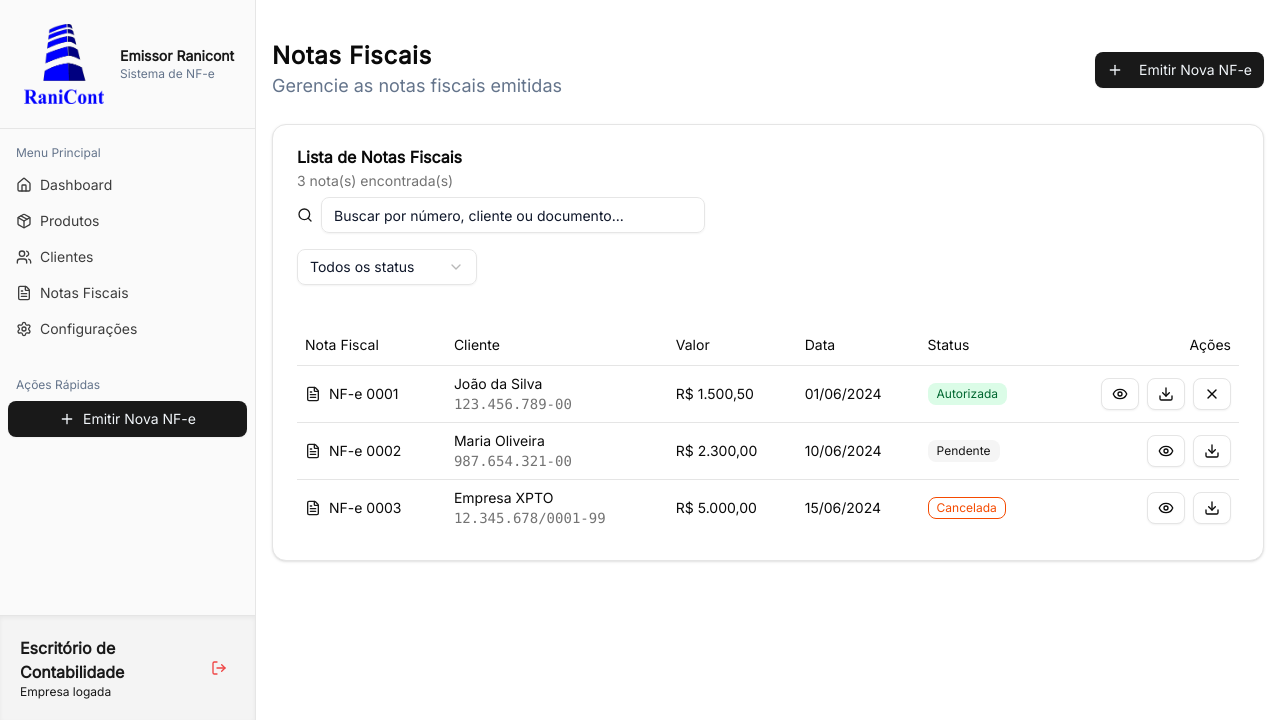
Repository: vinimx/emissor-ranicont
Page: /notas
The author's editor kept a copy of each file at every save. The page is drawn from the files as they stood at one save, then again after the next save.
The browser window is 1280 px wide. The pictures show the whole page.
The project was rebuilt for these pictures with package versions that can differ from the ones it lists, and the page was loaded fresh each time. Also part of the build but not shown: vite.config.js, src/components/ui/label.jsx, src/components/Auth/Login/index.jsx, src/components/Auth/Cadastrar/index.jsx, src/components/ui/separator.jsx, src/components/ui/skeleton.jsx, src/components/Dashboard/index.jsx, src/components/Produtos/index.jsx and 2 more.

Above is the page before, as saved 2025-06-23 22:09:03.

### index.html
<!DOCTYPE html>
<html lang="en">
  <head>
    <meta charset="UTF-8" />
    <link rel="icon" type="image/svg+xml" href="/vite.svg" />
    <meta name="viewport" content="width=device-width, initial-scale=1.0" />
    <title>Emissor Ranicont</title>
  </head>
  <body>
    <div id="root"></div>
    <script type="module" src="/src/main.jsx"></script>
  </body>
</html>

### src/main.jsx
import "./index.css";
import React from "react";
import ReactDOM from "react-dom/client";
import { BrowserRouter } from "react-router-dom";
import App from "./App";

ReactDOM.createRoot(document.getElementById("root")).render(
  <React.StrictMode>
    <BrowserRouter>
      <App />
    </BrowserRouter>
  </React.StrictMode>
);

### src/App.jsx
import { Routes, Route } from "react-router-dom";
import Login from "./components/Auth/Login";
import Cadastrar from "./components/Auth/Cadastrar";
import Dashboard from "./components/Dashboard";
import Produtos from "./components/Produtos";
import Clientes from "./components/Clientes";
import NotaFiscal from "./components/NotaFiscal";
import NovaNotaFiscal from "./components/NotaFiscal/NovaNotaFiscal";

function App() {
  return (
    <Routes>
      <Route path="/" element={<Dashboard />} />
      <Route path="/login" element={<Login />} />
      <Route path="/cadastrar" element={<Cadastrar />} />
      <Route path="/dashboard" element={<Dashboard />} />
      <Route path="/produtos" element={<Produtos />} />
      <Route path="/clientes" element={<Clientes />} />
      <Route path="/notas" element={<NotaFiscal />} />
      <Route path="/nova" element={<NovaNotaFiscal />} />
    </Routes>
  );
}

export default App;

### src/components/NotaFiscal/index.jsx
import { Plus, Search, FileText, Eye, Download, X } from "lucide-react";
import HeaderPagina from "../HeaderPagina";
import LayoutComSidebar from "../MobileSideBar";
import { SidebarProvider } from "../ui/sidebar";
import { Sheet, SheetTrigger } from "../ui/sheet";
import { Button } from "../ui/button";
import { useState } from "react";
import {
  Card,
  CardDescription,
  CardHeader,
  CardTitle,
  CardContent,
} from "../ui/card";
import { Input } from "../ui/input";
import {
  Table,
  TableHeader,
  TableBody,
  TableRow,
  TableHead,
  TableCell,
} from "../ui/table";
import {
  Select,
  SelectTrigger,
  SelectValue,
  SelectContent,
  SelectItem,
} from "../ui/select";
import { Badge } from "../ui/badge";
import { Link } from "react-router-dom";

const notas = [
  {
    id: 1,
    numero: "0001",
    cliente: "João da Silva",
    documento: "123.456.789-00",
    valor: 1500.5,
    data: "2024-06-01",
    status: "Autorizada",
    serie: "1",
  },
  {
    id: 2,
    numero: "0002",
    cliente: "Maria Oliveira",
    documento: "987.654.321-00",
    valor: 2300.0,
    data: "2024-06-10",
    status: "Pendente",
    serie: "1",
  },
  {
    id: 3,
    numero: "0003",
    cliente: "Empresa XPTO",
    documento: "12.345.678/0001-99",
    valor: 5000.0,
    data: "2024-06-15",
    status: "Cancelada",
    serie: "2",
  },
];

export default function NotaFiscal() {
  const [abrirSheet, setAbrirSheet] = useState(false);
  const [busca, setBusca] = useState("");
  const [filtroStatus, setFiltroStatus] = useState("all");

  const notasFiltradas = notas.filter((nota) => {
    const correspondeBusca =
      nota.numero.includes(busca) ||
      nota.cliente.toLowerCase().includes(busca.toLowerCase()) ||
      nota.documento.includes(busca);

    const correspondeStatus =
      filtroStatus === "all" || nota.status === filtroStatus;

    return correspondeBusca && correspondeStatus;
  });

  const getBadgeStatus = (status) => {
    switch (status) {
      case "Autorizada":
        return (
          <Badge className="bg-green-100 text-green-800 hover:bg-green-100">
            Autorizada
          </Badge>
        );
      case "Pendente":
        return <Badge variant="secondary">Pendente</Badge>;
      case "Cancelada":
        return (
          <Badge
            variant="outline"
            className="text-orange-600 border-orange-600"
          >
            Cancelada
          </Badge>
        );
      case "Rejeitada":
        return <Badge variant="destructive">Rejeitada</Badge>;
      default:
        return <Badge variant="secondary">{status}</Badge>;
    }
  };

  return (
    <SidebarProvider>
      <LayoutComSidebar>
        <div className="mt-20 md:mt-10 m-2 sm:m-4 space-y-4 sm:space-y-6">
          <HeaderPagina
            titulo="Notas Fiscais"
            subtitulo="Gerencie as notas fiscais emitidas"
            acao={
              <Sheet open={abrirSheet} onOpenChange={setAbrirSheet}>
                <Button
                  asChild
                  className="bg-[var(--sidebar-primaria)] text-[var(--primaria-texto)] font-medium transition-colors hover:bg-[var(--primaria-hover)] rounded-[var(--raio)]"
                >
                  <Link to="/nova">
                    <Plus className="h-4 w-4 mr-2" />
                    Emitir Nova NF-e
                  </Link>
                </Button>
              </Sheet>
            }
          />
          <Card className="overflow-hidden">
            <CardHeader className="pb-4">
              <CardTitle>Lista de Notas Fiscais</CardTitle>
              <CardDescription>
                {notasFiltradas.length} nota(s) encontrada(s)
              </CardDescription>
              <div className="flex flex-col space-y-4">
                <div className="flex flex-col sm:flex-row sm:items-center space-y-2 sm:space-y-0 sm:space-x-2">
                  <Search className="h-4 w-4 text-[var(--sidebar-primaria)]" />
                  <Input
                    placeholder="Buscar por número, cliente ou documento..."
                    value={busca}
                    onChange={(e) => setBusca(e.target.value)}
                    className="max-w-sm bg-[var(--input-bg)] text-[var(--texto)] border-[var(--sidebar-borda)] placeholder:text-[var(--texto)]"
                  />
                </div>
                <Select value={filtroStatus} onValueChange={setFiltroStatus}>
                  <SelectTrigger className="w-full sm:w-[180px] bg-[var(--input-bg)] text-[var(--texto)] border-[var(--sidebar-borda)]">
                    <SelectValue placeholder="Filtrar por status" />
                  </SelectTrigger>
                  <SelectContent>
                    <SelectItem value="all">Todos os status</SelectItem>
                    <SelectItem value="Autorizada">Autorizada</SelectItem>
                    <SelectItem value="Pendente">Pendente</SelectItem>
                    <SelectItem value="Cancelada">Cancelada</SelectItem>
                    <SelectItem value="Rejeitada">Rejeitada</SelectItem>
                  </SelectContent>
                </Select>
              </div>
            </CardHeader>
            <CardContent>
              {/* Tabela para telas grandes (lg e acima) */}
              <div className="hidden lg:block overflow-x-auto">
                <Table>
                  <TableHeader>
                    <TableRow>
                      <TableHead>Nota Fiscal</TableHead>
                      <TableHead>Cliente</TableHead>
                      <TableHead>Valor</TableHead>
                      <TableHead>Data</TableHead>
                      <TableHead>Status</TableHead>
                      <TableHead className="text-right">Ações</TableHead>
                    </TableRow>
                  </TableHeader>
                  <TableBody>
                    {notasFiltradas.map((nota) => (
                      <TableRow key={nota.id}>
                        <TableCell>
                          <div className="flex items-center space-x-2">
                            <FileText className="h-4 w-4 text-[var(--sidebar-primaria)]" />
                            <div>
                              <div className="font-medium">
                                NF-e {nota.numero}
                              </div>
                            </div>
                          </div>
                        </TableCell>
                        <TableCell>
                          <div>
                            <div className="font-medium">{nota.cliente}</div>
                            <div className="text-sm text-muted-foreground font-mono">
                              {nota.documento}
                            </div>
                          </div>
                        </TableCell>
                        <TableCell>
                          <div className="font-medium">
                            R${" "}
                            {nota.valor.toLocaleString("pt-BR", {
                              minimumFractionDigits: 2,
                            })}
                          </div>
                        </TableCell>
                        <TableCell>
                          <div className="text-sm">
                            {new Date(nota.data).toLocaleDateString("pt-BR")}
                          </div>
                        </TableCell>
                        <TableCell>{getBadgeStatus(nota.status)}</TableCell>
                        <TableCell className="text-right">
                          <div className="flex justify-end space-x-2">
                            <Button variant="outline" size="sm">
                              <Eye className="h-4 w-4" />
                            </Button>
                            <Button variant="outline" size="sm">
                              <Download className="h-4 w-4" />
                            </Button>
                            {nota.status === "Autorizada" && (
                              <Button variant="outline" size="sm">
                                <X className="h-4 w-4" />
                              </Button>
                            )}
                          </div>
                        </TableCell>
                      </TableRow>
                    ))}
                  </TableBody>
                </Table>
              </div>

              {/* Tabela compacta para tablets (md) */}
              <div className="hidden md:block lg:hidden overflow-x-auto">
                <Table>
                  <TableHeader>
                    <TableRow>
                      <TableHead>Nota Fiscal</TableHead>
                      <TableHead>Cliente</TableHead>
                      <TableHead>Valor</TableHead>
                      <TableHead className="text-right">Ações</TableHead>
                    </TableRow>
                  </TableHeader>
                  <TableBody>
                    {notasFiltradas.map((nota) => (
                      <TableRow key={nota.id}>
                        <TableCell>
                          <div className="flex items-center space-x-2">
                            <FileText className="h-4 w-4 text-[var(--sidebar-primaria)] flex-shrink-0" />
                            <div className="min-w-0 flex-1">
                              <div className="font-medium text-sm truncate">
                                NF-e {nota.numero}
                              </div>
                            </div>
                          </div>
                        </TableCell>
                        <TableCell>
                          <div className="min-w-0">
                            <div className="font-medium text-sm truncate">
                              {nota.cliente}
                            </div>
                            <div className="text-xs text-muted-foreground font-mono truncate">
                              {nota.documento}
                            </div>
                          </div>
                        </TableCell>
                        <TableCell>
                          <div className="font-medium text-sm">
                            R${" "}
                            {nota.valor.toLocaleString("pt-BR", {
                              minimumFractionDigits: 2,
                            })}
                          </div>
                          <span>
                            <b>Data:</b>{" "}
                            {new Date(nota.data).toLocaleDateString("pt-BR")}
                          </span>
                          <div className="text-xs">
                            {getBadgeStatus(nota.status)}
                          </div>
                        </TableCell>
                        <TableCell className="text-right">
                          <div className="flex justify-end space-x-1">
                            {nota.status === "Autorizada" && (
                              <Button
                                variant="outline"
                                size="sm"
                                className="h-8 w-8 p-0"
                              >
                                <X className="h-3 w-3" />
                              </Button>
                            )}
                          </div>
                          <Button
                            variant="outline"
                            size="sm"
                            className="h-8 w-8 p-0"
                          >
                            <Eye className="h-3 w-3" />
                          </Button>
                          <Button
                            variant="outline"
                            size="sm"
                            className="h-8 w-8 p-0"
                          >
                            <Download className="h-3 w-3" />
                          </Button>
                        </TableCell>
                      </TableRow>
                    ))}
                  </TableBody>
                </Table>
              </div>

              {/* Cards para telas pequenas */}
              <div className="flex flex-col gap-4 md:hidden">
                {notasFiltradas.map((nota) => (
                  <div
                    key={nota.id}
                    className="border rounded-lg p-3 bg-white shadow"
                  >
                    <div className="flex items-center space-x-2 mb-2">
                      <FileText className="h-4 w-4 text-[var(--sidebar-primaria)]" />
                      <div className="font-bold">NF-e {nota.numero}</div>
                    </div>
                    <div className="flex flex-wrap gap-2 text-sm">
                      <span>
                        <b>Cliente:</b> {nota.cliente}
                      </span>
                      <span>
                        <b>Documento:</b> {nota.documento}
                      </span>
                      <span>
                        <b>Valor:</b> R${" "}
                        {nota.valor.toLocaleString("pt-BR", {
                          minimumFractionDigits: 2,
                        })}
                      </span>
                      <span>
                        <b>Data:</b>{" "}
                        {new Date(nota.data).toLocaleDateString("pt-BR")}
                      </span>
                      <span>
                        <b>Status:</b> {nota.status}
                      </span>
                    </div>
                    <div className="flex gap-2 mt-2">
                      <Button variant="outline" size="sm">
                        <Eye className="h-4 w-4" />
                      </Button>
                      <Button variant="outline" size="sm">
                        <Download className="h-4 w-4" />
                      </Button>
                      {nota.status === "Autorizada" && (
                        <Button variant="outline" size="sm">
                          <X className="h-4 w-4" />
                        </Button>
                      )}
                    </div>
                  </div>
                ))}
              </div>
            </CardContent>
          </Card>
        </div>
      </LayoutComSidebar>
    </SidebarProvider>
  );
}

### src/components/ui/card.jsx
import * as React from "react"

import { cn } from "@/lib/utils"

function Card({
  className,
  ...props
}) {
  return (
    <div
      data-slot="card"
      className={cn(
        "bg-card text-card-foreground flex flex-col gap-6 rounded-xl border py-6 shadow-sm",
        className
      )}
      {...props} />
  );
}

function CardHeader({
  className,
  ...props
}) {
  return (
    <div
      data-slot="card-header"
      className={cn(
        "@container/card-header grid auto-rows-min grid-rows-[auto_auto] items-start gap-1.5 px-6 has-data-[slot=card-action]:grid-cols-[1fr_auto] [.border-b]:pb-6",
        className
      )}
      {...props} />
  );
}

function CardTitle({
  className,
  ...props
}) {
  return (
    <div
      data-slot="card-title"
      className={cn("leading-none font-semibold", className)}
      {...props} />
  );
}

function CardDescription({
  className,
  ...props
}) {
  return (
    <div
      data-slot="card-description"
      className={cn("text-muted-foreground text-sm", className)}
      {...props} />
  );
}

function CardAction({
  className,
  ...props
}) {
  return (
    <div
      data-slot="card-action"
      className={cn(
        "col-start-2 row-span-2 row-start-1 self-start justify-self-end",
        className
      )}
      {...props} />
  );
}

function CardContent({
  className,
  ...props
}) {
  return (<div data-slot="card-content" className={cn("px-6", className)} {...props} />);
}

function CardFooter({
  className,
  ...props
}) {
  return (
    <div
      data-slot="card-footer"
      className={cn("flex items-center px-6 [.border-t]:pt-6", className)}
      {...props} />
  );
}

export {
  Card,
  CardHeader,
  CardFooter,
  CardTitle,
  CardAction,
  CardDescription,
  CardContent,
}

### src/components/ui/input.jsx
import * as React from "react"

import { cn } from "@/lib/utils"

function Input({
  className,
  type,
  ...props
}) {
  return (
    <input
      type={type}
      data-slot="input"
      className={cn(
        "file:text-foreground placeholder:text-muted-foreground selection:bg-primary selection:text-primary-foreground dark:bg-input/30 border-input flex h-9 w-full min-w-0 rounded-md border bg-transparent px-3 py-1 text-base shadow-xs transition-[color,box-shadow] outline-none file:inline-flex file:h-7 file:border-0 file:bg-transparent file:text-sm file:font-medium disabled:pointer-events-none disabled:cursor-not-allowed disabled:opacity-50 md:text-sm",
        "focus-visible:border-ring focus-visible:ring-ring/50 focus-visible:ring-[3px]",
        "aria-invalid:ring-destructive/20 dark:aria-invalid:ring-destructive/40 aria-invalid:border-destructive",
        className
      )}
      {...props} />
  );
}

export { Input }

### src/components/Logo/index.jsx
import React from "react";
import logoEmissor from "/assets/images/logo.png";

const Logo = () => {
  return (
    <a href="#">
      <img src={logoEmissor} alt="Logo Emissor" className="h-20 w-20" />
    </a>
  );
};

export default Logo;

### src/components/MobileSideBar/index.jsx
import { SidebarProvider } from "@/components/ui/sidebar";
import MenuSideBar from "../SideBar";
import { useSidebar } from "@/components/ui/sidebar";
import { useEffect } from "react";
import { Menu } from "lucide-react";

export default function LayoutComSidebar({ children }) {
  const { isMobile, openMobile, setOpenMobile } = useSidebar();

  useEffect(() => {
    if (!isMobile && openMobile) setOpenMobile(false);
  }, [isMobile, openMobile, setOpenMobile]);

  const handleHamburgerClick = (e) => {
    e.stopPropagation();
    setOpenMobile(!openMobile);
  };

  return (
    <>
      {/* Botão menu-hamburger fora do Sheet quando fechado */}
      {isMobile && !openMobile && (
        <button
          className="md:hidden fixed top-4 left-4 z-[999] bg-[var(--primaria)] text-white p-2 shadow-lg border-2 rounded-[var(--raio)] border-[var(--sidebar-borda)]"
          onClick={handleHamburgerClick}
          aria-label="Abrir menu"
          type="button"
        >
          <Menu className="h-6 w-6" style={{ color: "var(--destaque)" }} />
        </button>
      )}
      <div className="flex">
        <MenuSideBar />
        <div className="flex-1">{children}</div>
      </div>
    </>
  );
}

### src/components/HeaderPagina/index.jsx
import React from "react";

export default function HeaderPagina({ titulo, subtitulo, acao, children }) {
  return (
    <div className="flex items-center justify-between">
      <div>
        <h2 className="text-2xl font-bold tracking-wide">{titulo}</h2>
        {subtitulo && (
          <p className="text-lg" style={{ color: "var(--suave-texto)" }}>
            {subtitulo}
          </p>
        )}
        {children}
      </div>
      {acao && <div>{acao}</div>}
    </div>
  );
}

### src/components/ui/badge.jsx
import * as React from "react"
import { Slot } from "@radix-ui/react-slot"
import { cva } from "class-variance-authority";

import { cn } from "@/lib/utils"

const badgeVariants = cva(
  "inline-flex items-center justify-center rounded-md border px-2 py-0.5 text-xs font-medium w-fit whitespace-nowrap shrink-0 [&>svg]:size-3 gap-1 [&>svg]:pointer-events-none focus-visible:border-ring focus-visible:ring-ring/50 focus-visible:ring-[3px] aria-invalid:ring-destructive/20 dark:aria-invalid:ring-destructive/40 aria-invalid:border-destructive transition-[color,box-shadow] overflow-hidden",
  {
    variants: {
      variant: {
        default:
          "border-transparent bg-primary text-primary-foreground [a&]:hover:bg-primary/90",
        secondary:
          "border-transparent bg-secondary text-secondary-foreground [a&]:hover:bg-secondary/90",
        destructive:
          "border-transparent bg-destructive text-white [a&]:hover:bg-destructive/90 focus-visible:ring-destructive/20 dark:focus-visible:ring-destructive/40 dark:bg-destructive/60",
        outline:
          "text-foreground [a&]:hover:bg-accent [a&]:hover:text-accent-foreground",
      },
    },
    defaultVariants: {
      variant: "default",
    },
  }
)

function Badge({
  className,
  variant,
  asChild = false,
  ...props
}) {
  const Comp = asChild ? Slot : "span"

  return (
    <Comp
      data-slot="badge"
      className={cn(badgeVariants({ variant }), className)}
      {...props} />
  );
}

export { Badge, badgeVariants }

### src/components/ui/tooltip.jsx
"use client"

import * as React from "react"
import * as TooltipPrimitive from "@radix-ui/react-tooltip"

import { cn } from "@/lib/utils"

function TooltipProvider({
  delayDuration = 0,
  ...props
}) {
  return (<TooltipPrimitive.Provider data-slot="tooltip-provider" delayDuration={delayDuration} {...props} />);
}

function Tooltip({
  ...props
}) {
  return (
    <TooltipProvider>
      <TooltipPrimitive.Root data-slot="tooltip" {...props} />
    </TooltipProvider>
  );
}

function TooltipTrigger({
  ...props
}) {
  return <TooltipPrimitive.Trigger data-slot="tooltip-trigger" {...props} />;
}

function TooltipContent({
  className,
  sideOffset = 0,
  children,
  ...props
}) {
  return (
    <TooltipPrimitive.Portal>
      <TooltipPrimitive.Content
        data-slot="tooltip-content"
        sideOffset={sideOffset}
        className={cn(
          "bg-primary text-primary-foreground animate-in fade-in-0 zoom-in-95 data-[state=closed]:animate-out data-[state=closed]:fade-out-0 data-[state=closed]:zoom-out-95 data-[side=bottom]:slide-in-from-top-2 data-[side=left]:slide-in-from-right-2 data-[side=right]:slide-in-from-left-2 data-[side=top]:slide-in-from-bottom-2 z-50 w-fit origin-(--radix-tooltip-content-transform-origin) rounded-md px-3 py-1.5 text-xs text-balance",
          className
        )}
        {...props}>
        {children}
        <TooltipPrimitive.Arrow
          className="bg-primary fill-primary z-50 size-2.5 translate-y-[calc(-50%_-_2px)] rotate-45 rounded-[2px]" />
      </TooltipPrimitive.Content>
    </TooltipPrimitive.Portal>
  );
}

export { Tooltip, TooltipTrigger, TooltipContent, TooltipProvider }

Loaded but not shown: src/lib/utils.js (common file); src/hooks/use-mobile.js (common file); src/components/ui/sidebar.jsx (681 lines, source omitted); src/index.css (181 lines, source omitted); src/components/ui/select.jsx (164 lines, source omitted); src/components/SideBar/index.jsx (158 lines, source omitted); src/components/ui/sheet.jsx (138 lines, source omitted); src/components/ui/table.jsx (121 lines, source omitted); src/components/ui/button.jsx (55 lines, source omitted)

After the next save:
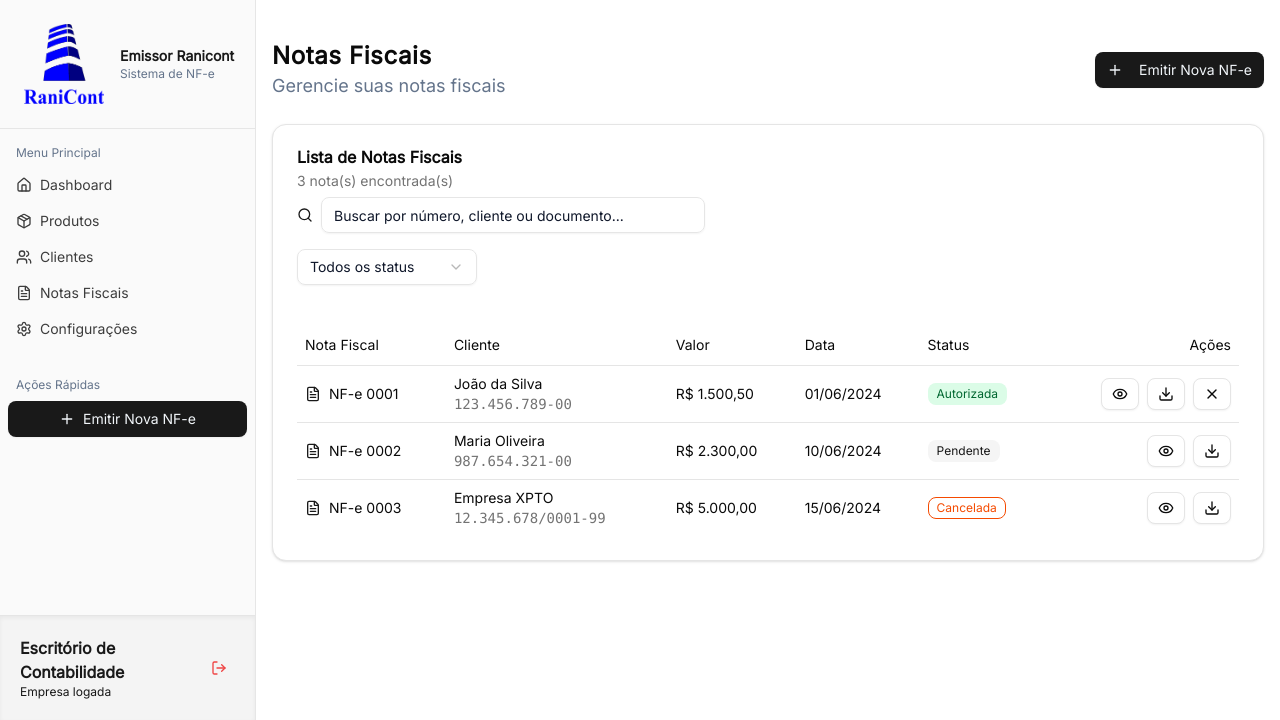
Saved 89 s later.
--- a/src/components/NotaFiscal/index.jsx
+++ b/src/components/NotaFiscal/index.jsx
@@ -113,7 +113,7 @@ export default function NotaFiscal() {
         <div className="mt-20 md:mt-10 m-2 sm:m-4 space-y-4 sm:space-y-6">
           <HeaderPagina
             titulo="Notas Fiscais"
-            subtitulo="Gerencie as notas fiscais emitidas"
+            subtitulo="Gerencie suas notas fiscais"
             acao={
               <Sheet open={abrirSheet} onOpenChange={setAbrirSheet}>
                 <Button
